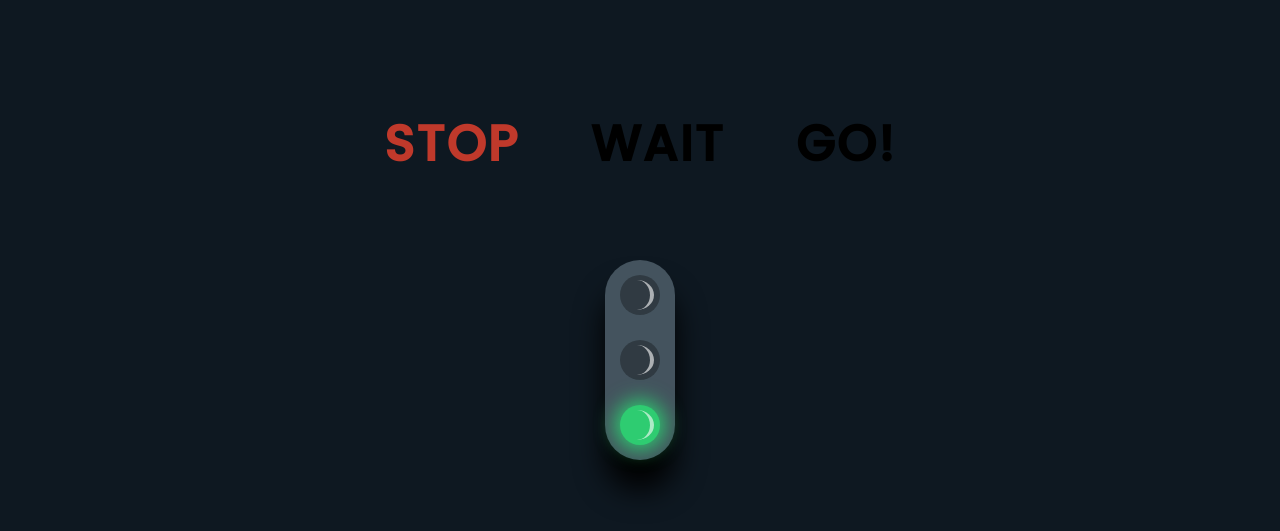
Repository: MarkLester10/TrafficLights
Page: index.html
An editor plug-in stored every save of this project. The page is shown before and after the next save, followed by the edit.
The browser window is 1280 px wide. The pictures show the whole page.

Above is the page before, as saved 2020-06-24 16:34:36.

After the next save:
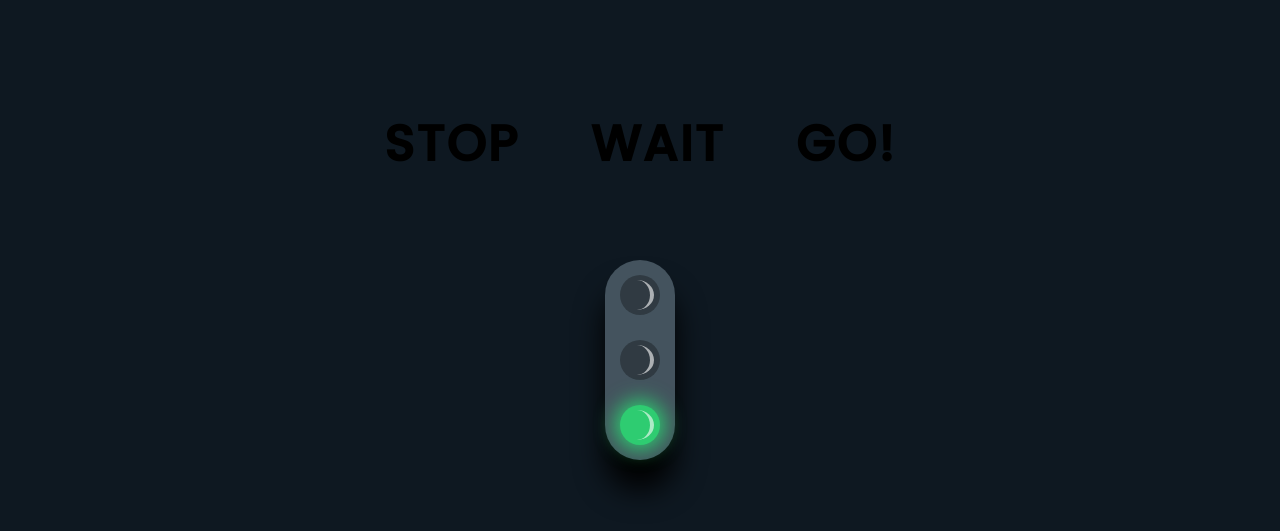
Saved 60 s later.
--- a/index.js
+++ b/index.js
@@ -1,10 +1,12 @@
 const circles = document.querySelectorAll(".circle");
+const texts = document.querySelectorAll(".text");
 let activeLight = 0;
 
 setInterval(changeLight, 1000);
 
 function changeLight() {
   circles[activeLight].className = "circle";
+  texts[activeLight].className = "text";
   activeLight++;
 
   if (activeLight > 2) {
@@ -12,6 +14,8 @@
   }
 
   const currentLight = circles[activeLight];
+  const currentText = circles[activeLight];
 
   currentLight.classList.add(currentLight.getAttribute("color"));
+  currentText.classList.add(currentLight.getAttribute("color"));
 }
